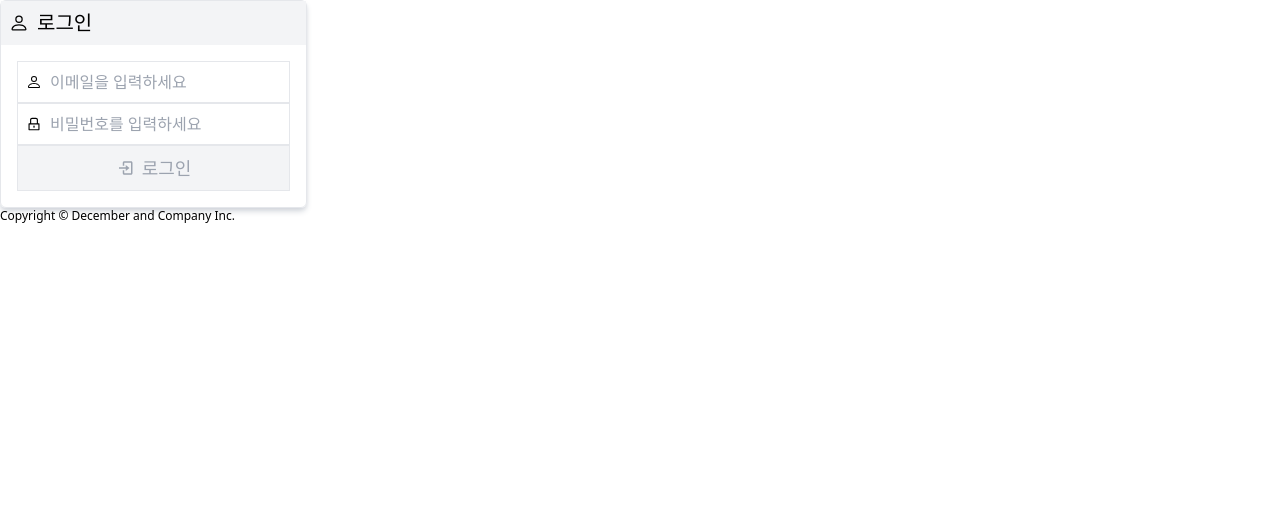
Repository: wanted-pre-onboarding-4/pre-onboarding-assignment-week-4-1-team-4
Page: /login (app in client/)
The author's editor kept a copy of each file at every save. The page is drawn from the files as they stood at one save, then again after the next save.
The browser window is 1280 px wide. The pictures show the whole page.
The project was rebuilt for these pictures with package versions that can differ from the ones it lists, and the page was loaded fresh each time. Also part of the build but not shown: client/src/components/Footer.jsx, client/src/components/Header.jsx, client/src/components/Sider.jsx, client/src/components/Layout.jsx.

Above is the page before, as saved 2022-09-20 21:19:32.

### client/src/index.js
import React from 'react';
import ReactDOM from 'react-dom/client';
import App from './App';
import "./index.css"
const root = ReactDOM.createRoot(document.getElementById('root'));
root.render(
  <React.StrictMode>
    <App />
  </React.StrictMode>
);

### client/src/App.js
import { BrowserRouter as Router, Routes, Route } from 'react-router-dom';
import Layout from './components/Layout';
import Login from './pages/login/Login';

function App() {
  return (
    <Router>
      <Routes>
        <Route path="/login" element={<Login/>} />
        <Route element={<Layout />}>
          <Route path="/" element={<div>홈</div>} />
          <Route path="/users" element={<div>유저 목록 페이지</div>} />
          <Route path="/users/:user_id" element={<div>유저 상세 페이지</div>} />
          <Route path="/accounts" element={<div>계좌 목록 페이지</div>} />
          <Route path="/accounts/:account_id" element={<div>계좌 상세 페이지</div>} />
          <Route path="*" element={<div>404페이지</div>} />
        </Route>
      </Routes>
    </Router>
  );
}

export default App;

### client/src/index.css
#root{
  display: flex;
  height:100vh;
}

@tailwind base;
@tailwind components;
@tailwind utilities;

### client/src/pages/login/Login.jsx
import React from 'react';
import { BsPerson } from 'react-icons/bs';
import { AiOutlineLock } from 'react-icons/ai';
import { BiLogIn } from 'react-icons/bi';

const Login = () => {
  return (
    <div>
      <div className='border-solid border-[1px] rounded-md shadow-md shadow-gray-300'>
        <div className="flex items-center justify-start space-x-2 p-2 font-medium text-xl bg-gray-100">
          <BsPerson />
          <h1>로그인</h1>
        </div>
        <form className='p-4'>
          <label className="flex items-center space-x-2 border-solid border-[1px] p-2">
            <BsPerson />
            <input type="email" placeholder="이메일을 입력하세요" className='outline-none' />
          </label>
          <label className="flex items-center space-x-2 border-solid border-[1px] p-2">
            <AiOutlineLock />
            <input type="password" placeholder="비밀번호를 입력하세요" className='outline-none' />
          </label>
          <button
            className="flex items-center justify-center space-x-2 w-full text-lg border-solid border-[1px] p-2 disabled:text-gray-400 disabled:bg-gray-100"
            disabled={true}
          >
            <BiLogIn />
            <span>로그인</span>
          </button>
        </form>
      </div>
        <p className='text-xs'>Copyright © December and Company Inc.</p>
    </div>
  );
};

export default Login;

Loaded but not shown: client/public/index.html (common file); client/tailwind.config.js (common file)

After the next save:
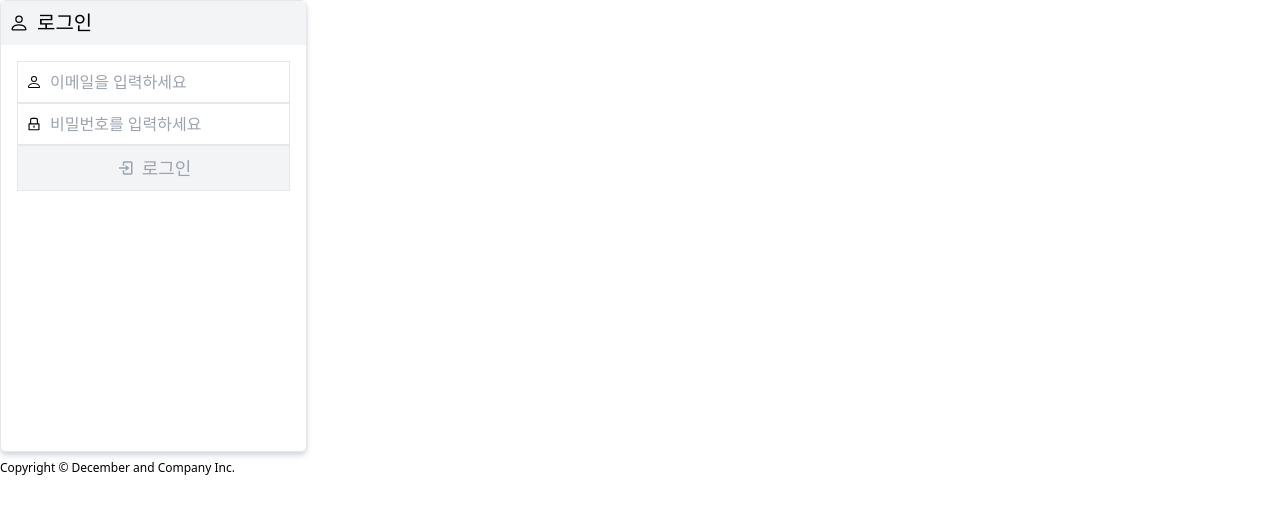
Saved 38 s later.
--- a/client/src/pages/login/Login.jsx
+++ b/client/src/pages/login/Login.jsx
@@ -5,7 +5,7 @@ import { BiLogIn } from 'react-icons/bi';
 
 const Login = () => {
   return (
-    <div>
+    <div className='grid gap-y-2'>
       <div className='border-solid border-[1px] rounded-md shadow-md shadow-gray-300'>
         <div className="flex items-center justify-start space-x-2 p-2 font-medium text-xl bg-gray-100">
           <BsPerson />
